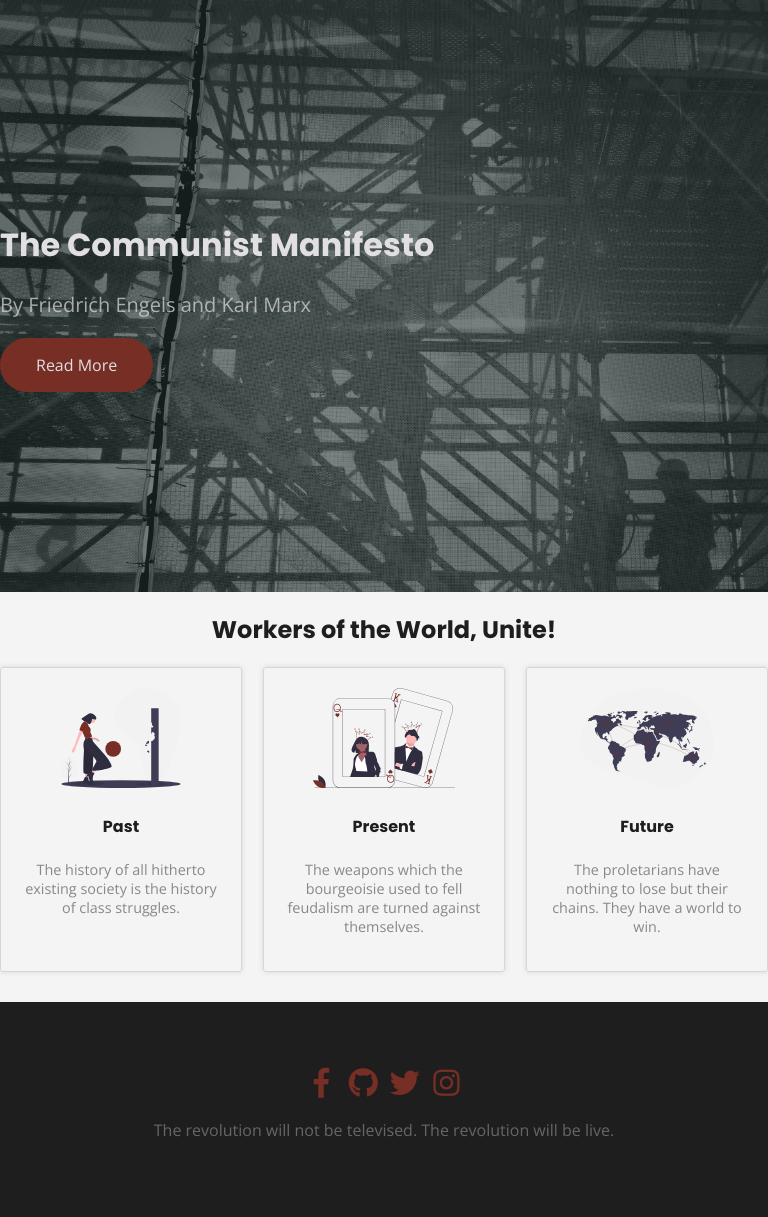
Repository: eaang/landing
Page: index.html
These files come from the project's save history. The page is drawn as it stood at one moment and after the next save; the edit follows.
The browser window is 768 px wide. The pictures show the whole page.
Some web libraries are served in a nearby version.

Above is the page before, as saved 2020-06-10 16:52:44.

After the next save:
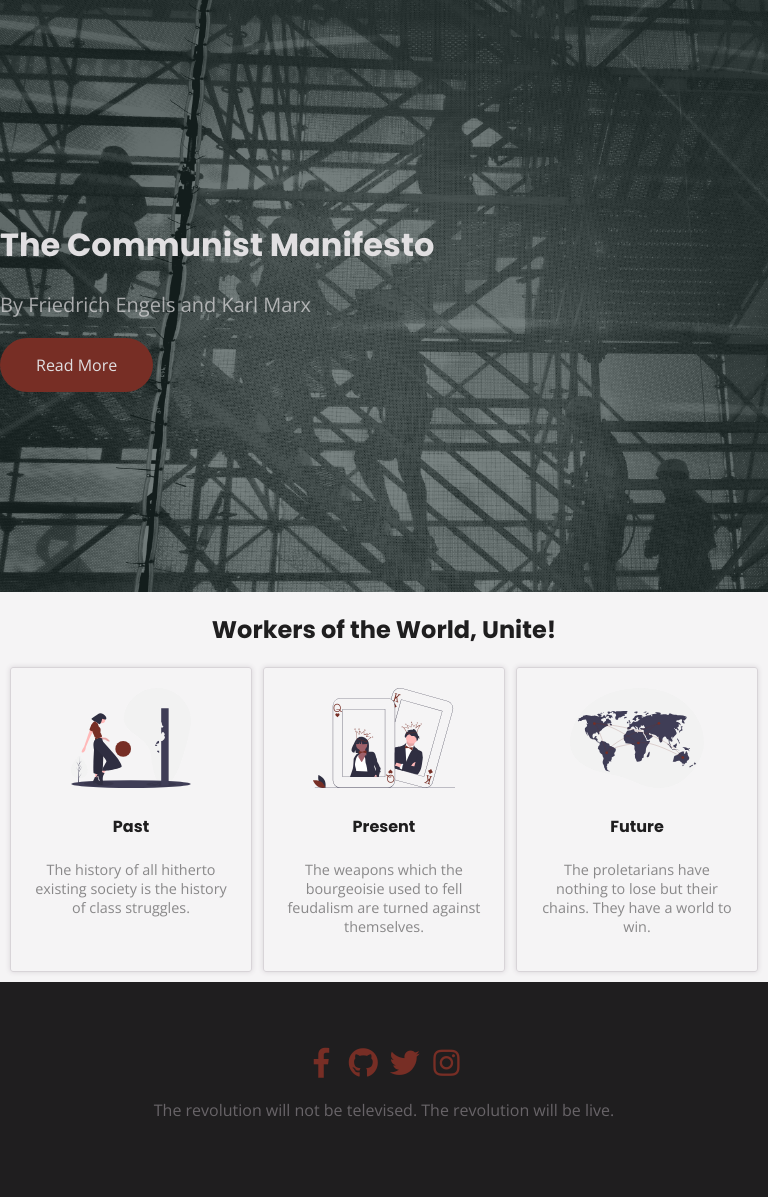
Saved 19 s later.
--- a/css/style.css
+++ b/css/style.css
@@ -122,5 +122,9 @@ a {
 @media only screen and (max-width: 900px) {
   .cards {
     display: flex;
+    margin: 10px;
+  }
+  .card {
+
   }
 }
